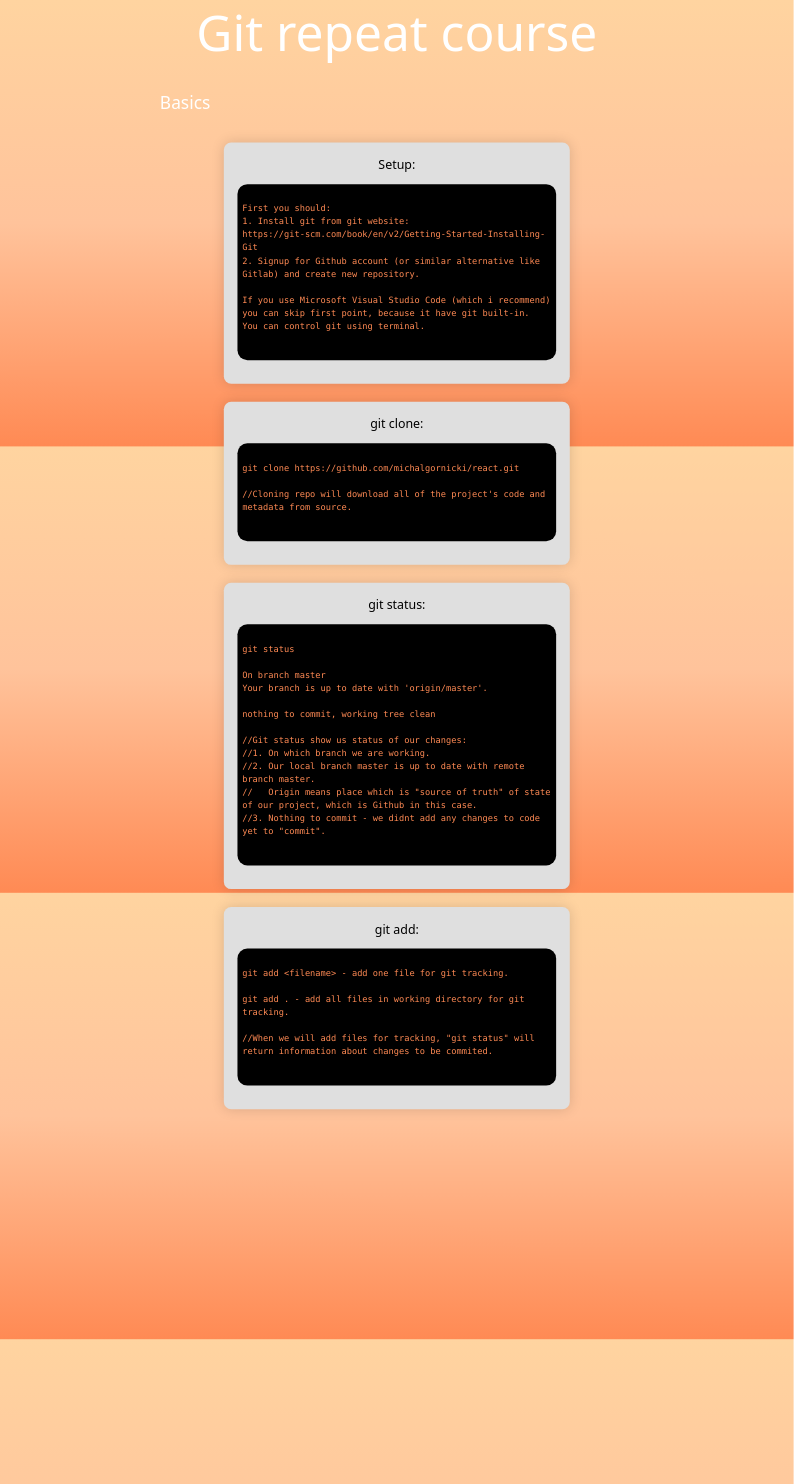
Repository: michalgornicki/git
Page: /
The author's editor kept a copy of each file at every save. The page is drawn from the files as they stood at one save, then again after a run of saves.
The browser window is 1280 px wide. The pictures show the whole page, at 62% of full size.
Backgrounds fixed to the window are drawn as part of the page. The project was rebuilt for these pictures with package versions that can differ from the ones it lists, and the page was loaded fresh each time. Imported but missing from the stored project, and not drawn on this page: src/components/DOM manipulation.jsx, src/components/async.jsx, src/components/loops.jsx, src/components/numbers.jsx, src/components/variables.jsx, src/components/window.jsx.

Above is the page before, as saved 2022-02-10 08:16:29.

After the next 5 saves:
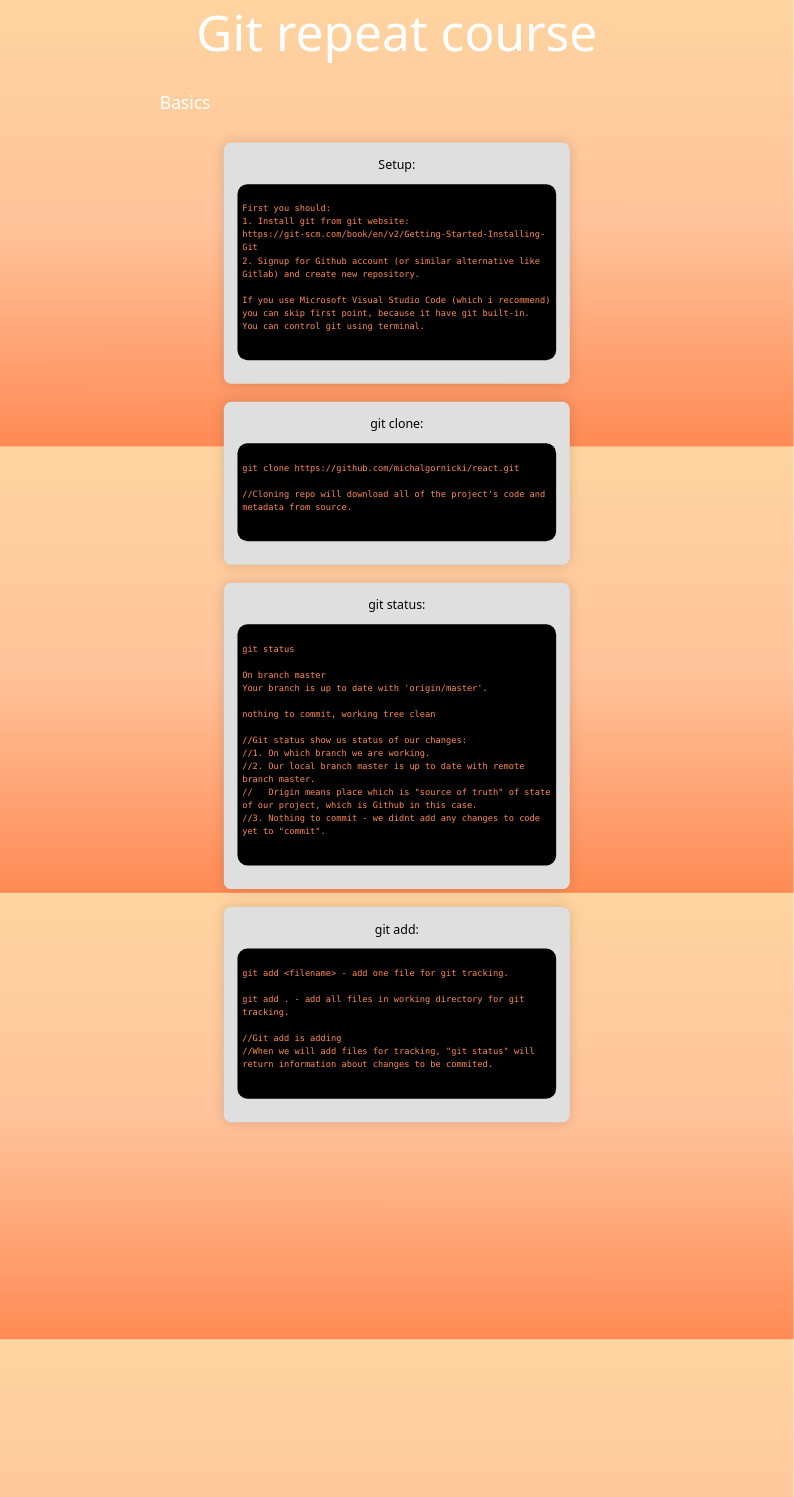
The 5 saves are shown as one change because they came seconds apart.
The last was saved 56 s later.
--- a/src/components/arrays.jsx
+++ b/src/components/arrays.jsx
@@ -58,6 +58,7 @@ git add <filename> - add one file for git tracking.
 
 git add . - add all files in working directory for git tracking.
 
+//Git add is adding
 //When we will add files for tracking, "git status" will return information about changes to be commited.
           `}</pre>
           </div>
